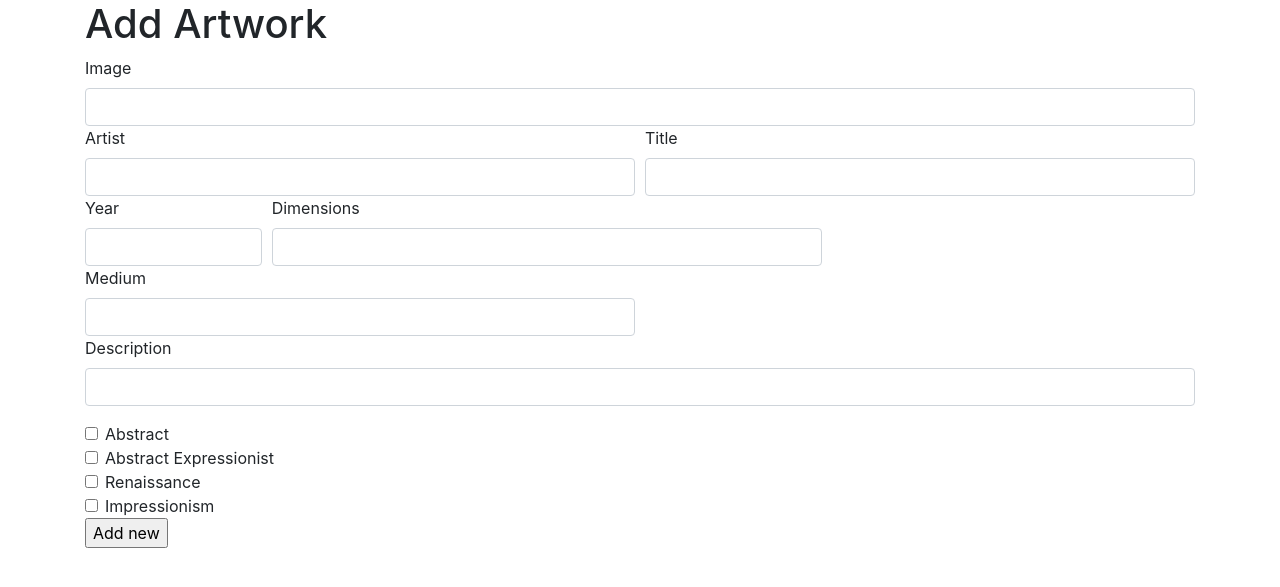
Repository: lynette-lyf/artwork-inventory
Page: http://localhost/add-artwork
The author's editor kept a record of every edit. The page is drawn from the files as they stood at one moment, then again after the next edit.
The browser window is 1280 px wide. The pictures show the whole page.
The page is served by the project's application, run on Flask 3 (app.py).

Above is the page before.

### templates/add_artwork.template.html
<!doctype html>
<html lang="en">
  <head>
    <!-- Required meta tags -->
    <meta charset="utf-8">
    <meta name="viewport" content="width=device-width, initial-scale=1, shrink-to-fit=no">

    <!-- Bootstrap CSS -->
    <link rel="stylesheet" href="https://stackpath.bootstrapcdn.com/bootstrap/4.3.1/css/bootstrap.min.css" integrity="sha384-ggOyR0iXCbMQv3Xipma34MD+dH/1fQ784/j6cY/iJTQUOhcWr7x9JvoRxT2MZw1T" crossorigin="anonymous">

    <title>Add Artwork</title>
  </head>
  <body>
    <div class='container'>
        <h1>Add Artwork</h1>
        <form class='form' method="POST">
          <div class='form-row'>
              <div class='col-12'>
                <label>Image</label>
                <input type='text' class='form-control' name='image'/>
            </div>
            <div class='col-6'>
                <label>Artist</label>
                <input type='text' class='form-control' name='artist'/>
            </div>
            <div class='col-6'>
                <label>Title</label>
                <input type='text' class='form-control' name='title'/>
            </div>
          </div>

          <div class='form-row'>
            <div class='col-2'>
                <label>Year</label>
                <input type='text' class='form-control' name='year'/>
            </div>
            <div class='col-6'>
                <label>Dimensions</label>
                <input type='text' class='form-control' name='dimensions'/>
            </div>
            <div class='col-6'>
                <label>Medium</label>
                <input type='text' class='form-control' name='medium'/>
            </div>
          </div>
            <!--Make text box bigger(3 lines)-->
            <div class='form-group'>
                <label>Description</label>
                <input type='text' class='form-control' name='description'/>
            </div>

            <!--Use checkboxes to allow user to select more than 1 type (translate to array)-->
            <div class="form-check">
              <input class="form-check-input" type="checkbox" value="Abstract" id="type" name="type">
              <label class="form-check-label" for="type">
                Abstract
              </label>
            </div>

            <div class="form-check">
              <input class="form-check-input" type="checkbox" value="Abstract Expressionist" id="type" name="type">
              <label class="form-check-label" for="type">
                Abstract Expressionist
              </label>
            </div>
            <div class="form-check">
              <input class="form-check-input" type="checkbox" value="Renaissance" id="type" name="type">
              <label class="form-check-label" for="type">
                Renaissance
              </label>
            </div>
            <div class="form-check">
              <input class="form-check-input" type="checkbox" value="Impressionism" id="type" name="type">
              <label class="form-check-label" for="type">
                Impressionism
              </label>
            </div>

            <input type="submit" value="Add new"/>
        </form>
    </div>

    <!-- Optional JavaScript -->
    <!-- jQuery first, then Popper.js, then Bootstrap JS -->
    <script src="https://code.jquery.com/jquery-3.3.1.slim.min.js" integrity="sha384-q8i/X+965DzO0rT7abK41JStQIAqVgRVzpbzo5smXKp4YfRvH+8abtTE1Pi6jizo" crossorigin="anonymous"></script>
    <script src="https://cdnjs.cloudflare.com/ajax/libs/popper.js/1.14.7/umd/popper.min.js" integrity="sha384-UO2eT0CpHqdSJQ6hJty5KVphtPhzWj9WO1clHTMGa3JDZwrnQq4sF86dIHNDz0W1" crossorigin="anonymous"></script>
    <script src="https://stackpath.bootstrapcdn.com/bootstrap/4.3.1/js/bootstrap.min.js" integrity="sha384-JjSmVgyd0p3pXB1rRibZUAYoIIy6OrQ6VrjIEaFf/nJGzIxFDsf4x0xIM+B07jRM" crossorigin="anonymous"></script>
  </body>
</html>

### app.py
from flask import Flask, render_template, request, redirect, url_for
import os

import pymongo

# 1. Retrieve the environment variables
# MONGO_URI = os.getenv('MONGO_URI')
# DATABASE_NAME = 'artworksAndConsigners'

MONGO_URI = "mongodb+srv://admin:pw@gallery-cwjwv.mongodb.net/test?retryWrites=true&w=majority"
DATABASE_NAME = "artworksAndConsigners"
conn = pymongo.MongoClient(MONGO_URI)

# 2. Create the connection
def get_connection():
    conn = pymongo.MongoClient(MONGO_URI)
    return conn

app = Flask(__name__)

@app.route('/')
def index():
    artworksAndConsigners = conn[DATABASE_NAME]['artworksAndConsigners'].find()
    return render_template('index.template.html', results=artworksAndConsigners)


@app.route('/add-artwork')
def show_add_artwork_form():
    return render_template('add_artwork.template.html')

@app.route('/add-artwork', methods=['POST'])
def process_add_artwork_form():
    image = request.form.get('image')
    artist = request.form['artist']
    title = request.form['title']
    year = request.form['year']
    dimensions = request.form['dimensions']
    medium = request.form['medium']
    description = request.form['description']

    type = request.form['type']

    conn = get_connection()
    conn[DATABASE_NAME]['artworksAndConsigners'].insert({
        "image" : image,
        "artist" : artist,
        "title" : title,
        "year" : year,
        "dimensions" : dimensions,
        "medium" : medium,
        "description" : description,

        "type" : type
    })

    # redirect back to root url
    return redirect("/")



# "magic code" -- boilerplate
if __name__ == '__main__':
    app.run(host=os.environ.get('IP'),
    port=int(os.environ.get('PORT')),
    debug=True)

After the next edit:
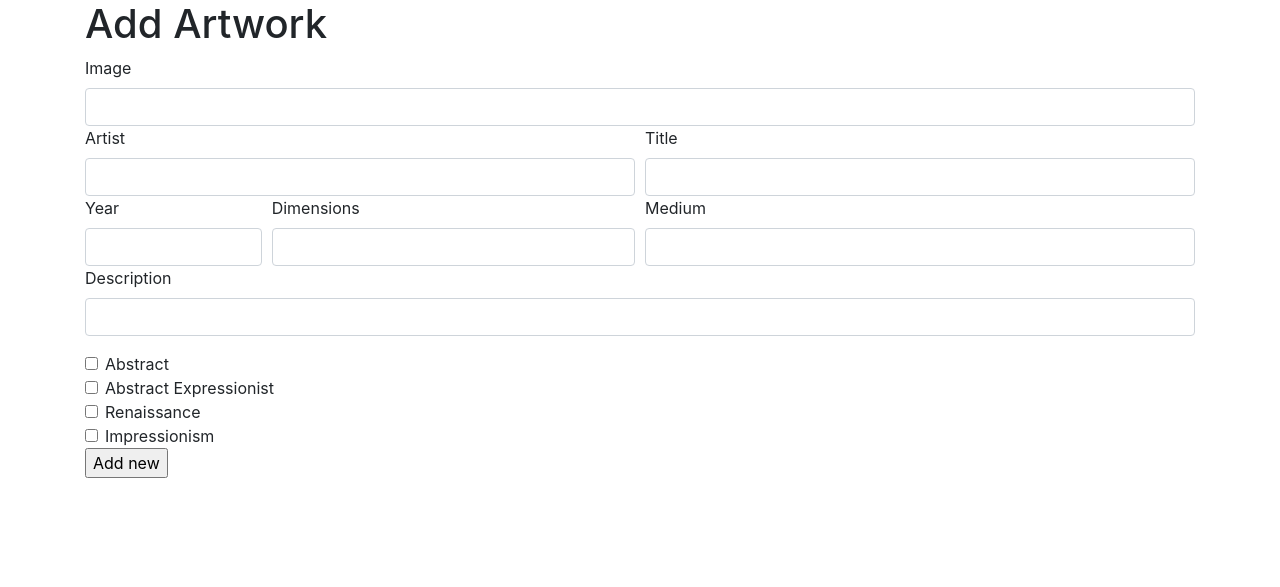
The edit:
--- a/templates/add_artwork.template.html
+++ b/templates/add_artwork.template.html
@@ -34,7 +34,7 @@
                 <label>Year</label>
                 <input type='text' class='form-control' name='year'/>
             </div>
-            <div class='col-6'>
+            <div class='col-4'>
                 <label>Dimensions</label>
                 <input type='text' class='form-control' name='dimensions'/>
             </div>
